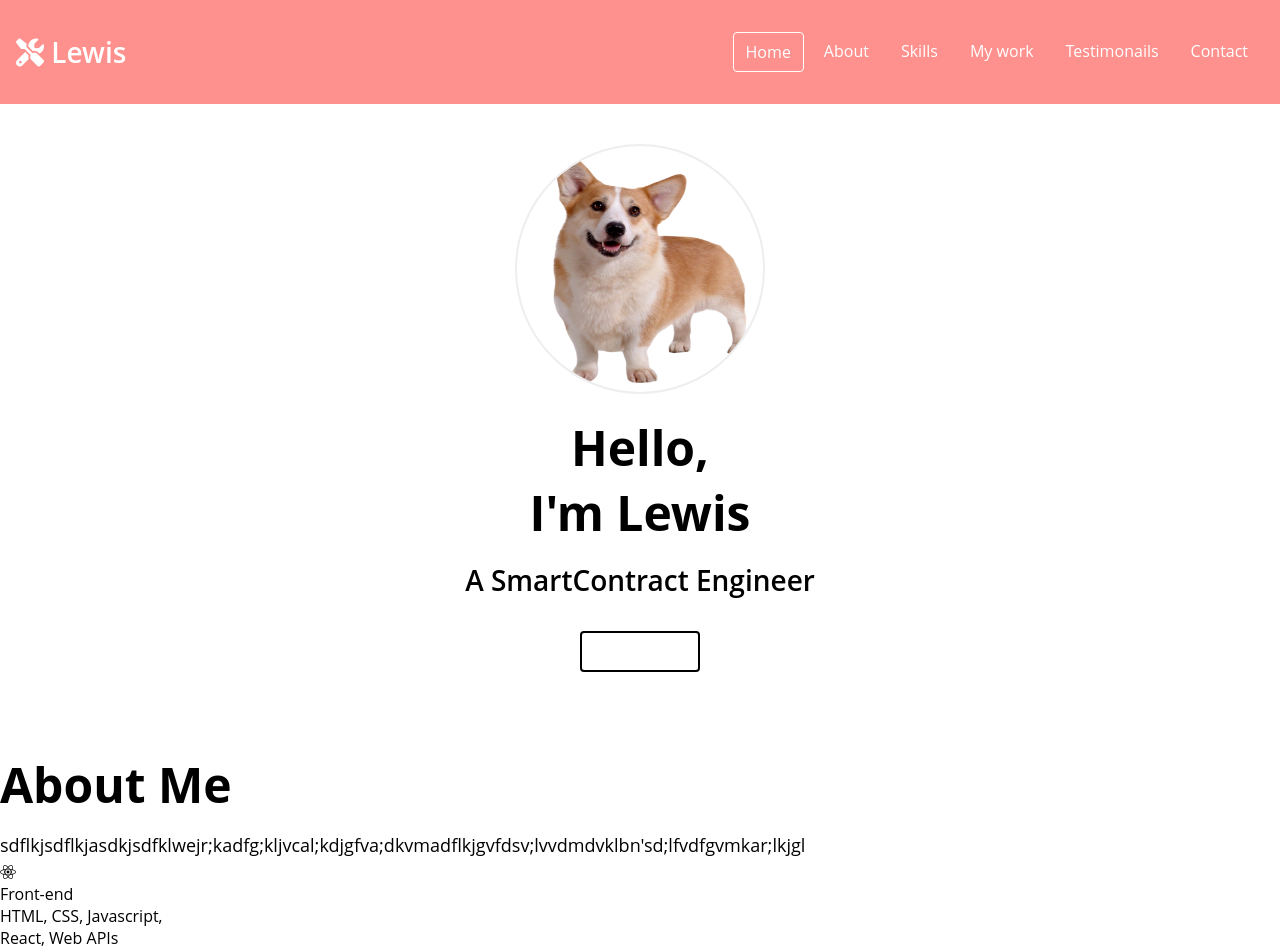
Repository: woojinShim/woojinShim.github.io
Page: index.html
The author's editor kept a copy of each file at every save. The page is drawn from the files as they stood at one save, then again after the next save.
The browser window is 1280 px wide. The pictures show the part of the page from y = 0 to 952 px (the page is 6606 px tall).
A picture or video elsewhere on the page could not be fetched, so the positions and the page height are approximate. Some web libraries are served in a nearby version.

Above is the page before, as saved 2022-03-08 18:18:34.

After the next save:
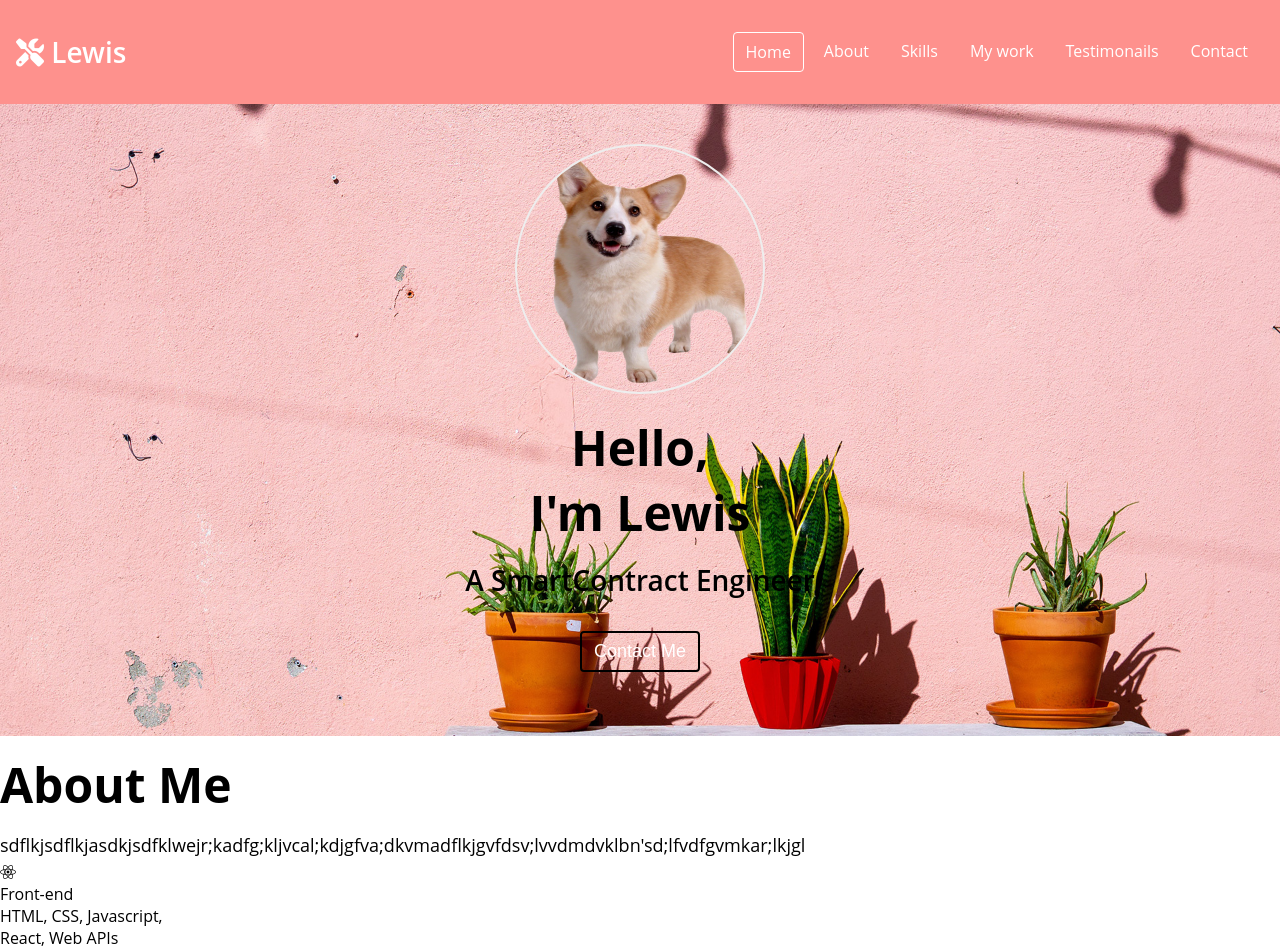
Saved 3 min 43 s later.
--- a/style.css
+++ b/style.css
@@ -132,7 +132,7 @@
 
 /* Home */
 #home {
-  background: url("img/Level.jpg") cetner/cover no-repeat;
+  background: url("img/Level.jpg") center/cover no-repeat;
   padding: 40px;
   text-align: center;
 }
